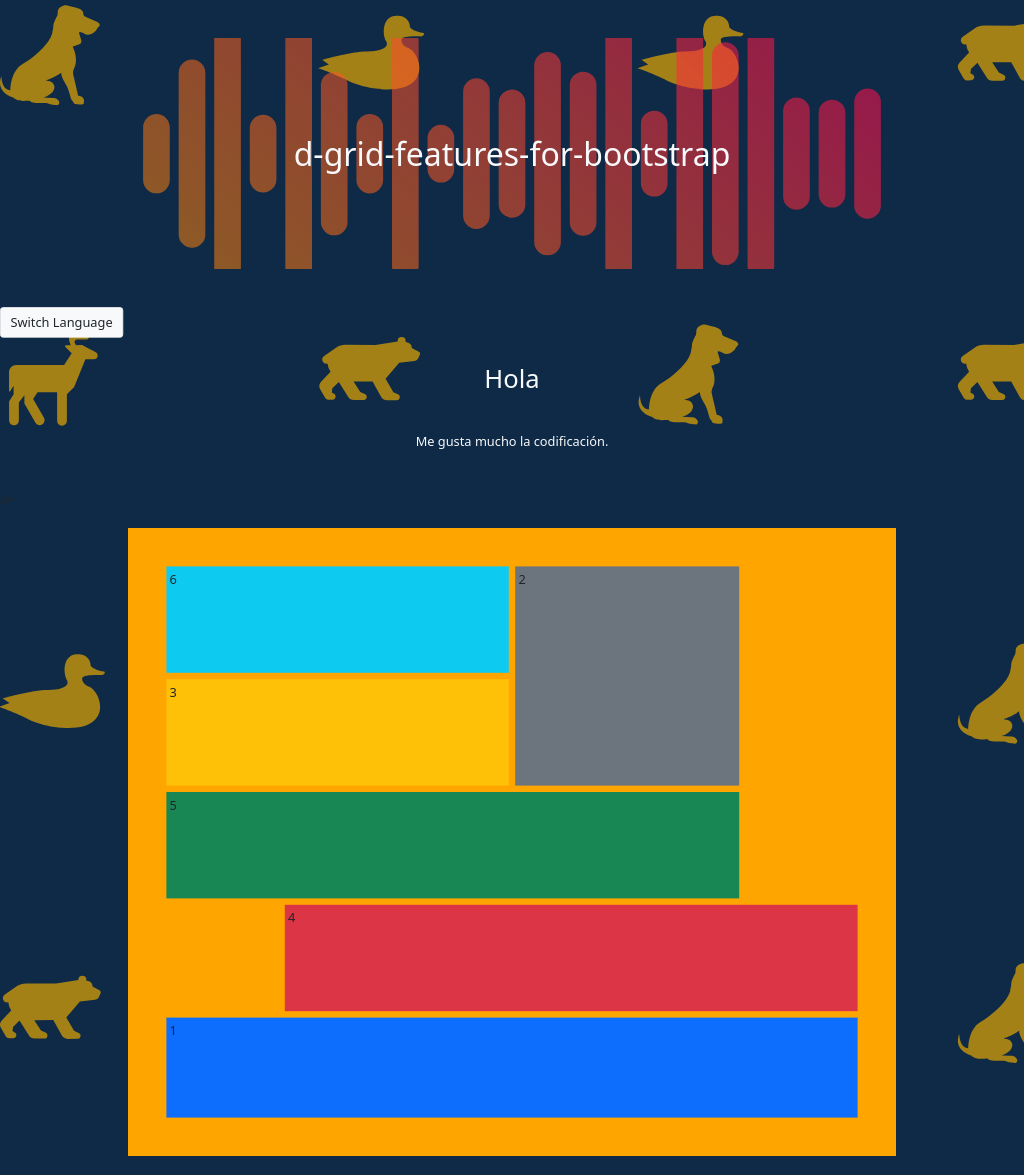
Repository: LynxPardelle/d-grid-features-for-bootstrap
Page: index.html
The author's editor kept a copy of each file at every save. The page is drawn from the files as they stood at one save, then again after a run of saves.
The browser window is 1280 px wide. The pictures show the whole page, at 80% of full size.

Above is the page before, as saved 2021-10-20 23:40:45.

### index.html
<!DOCTYPE html>
<html lang="es">
  <head>
    <meta charset="UTF-8" />
    <meta http-equiv="X-UA-Compatible" content="IE=edge" />
    <meta name="viewport" content="width=device-width, initial-scale=1.0" />
    <meta name="author" content="Lynx Pardelle" />
    <title>d-grid-features-for-bootstrap</title>
    <link
      href="https://cdn.jsdelivr.net/npm/bootstrap@5.1.3/dist/css/bootstrap.min.css"
      rel="stylesheet"
      integrity="sha384-1BmE4kWBq78iYhFldvKuhfTAU6auU8tT94WrHftjDbrCEXSU1oBoqyl2QvZ6jIW3"
      crossorigin="anonymous"
    />
    <style>
      body {
        background-image: url("data:[embedded picture, 9376 characters]");
        background-size: cover;
        background-repeat: repeat;
        background-position: left top;
      }

      h1 {
        background-image: url("data:[embedded picture, 2297 characters]");
        background-size: cover;
        background-repeat: no-repeat;
        background-position: center center;
        padding: 7.5rem;
      }
    </style>
  </head>
  <body>
    <h1 class="text-center text-light my-5">d-grid-features-for-bootstrap</h1>

    <button id="switch-lang" class="mx-auto btn btn-light text-dark">Switch Language</button>

    <h2 class="text-center text-light p-3 m-3"><span data-lang="en">Hello</span> <span data-lang="es">Hola</span></h2>

    <div class="text-center text-light p-3 m-3">
      <p data-lang="en">I really enjoy coding.</p>
      <p data-lang="es">Me gusta mucho la codificación.</p>
    </div>p>
    </div>

    <!-- <section class="d-grid bg-dark" data-gfbs data-gfbs-gtc="repeat(4, 1fr)" data-gfbs-gtr="repeat(2, 50px)" > -->
    <!-- <section class="d-grid bg-dark" data-gfbs data-gfbs-gta='"f f b c c a"" f f d e e a"'> -->
    <section
      class="d-grid w-75 mx-auto my-4"
      data-gfbs
      data-gfbs-custom="background-color: black; padding: 1rem;"
      data-gfbs-custom-sm="background-color: pink; padding: 2rem;"
      data-gfbs-custom-md="background-color: orange; padding: 3rem;"
      data-gfbs-gt='
      [row1-start] "a a b ." 12.5px [row1-end]
      [row2-start] "a a b ." 12.5px [row2-end]
      [row3-start] "c c b d" 12.5px [row3-end]
      [row4-start] "c c b d" 12.5px [row4-end]
      [row5-start] "e e e d" 12.5px [row5-end]
      [row6-start] "e e e d" 12.5px [row6-end]
      [row7-start] ". f f f" 12.5px [row7-end]
      [row8-start] ". f f f" 12.5px [row8-end]
      [row9-start] "g g g g" 25px [row9-end]
      / 2fr 1fr 1fr 3fr'
      data-gfbs-gt-sm='
      [row1-start] "a b b ." 25px [row1-end]
      [row2-start] "a b b ." 25px [row2-end]
      [row3-start] "c c c ." 25px [row3-end]
      [row4-start] "c c c ." 25px [row4-end]
      [row5-start] "e e d d" 25px [row5-end]
      [row6-start] "e e d d" 25px [row6-end]
      [row7-start] ". f f ." 25px [row7-end]
      [row8-start] ". f f ." 25px [row8-end]
      [row9-start] "g g g g" 50px [row9-end]
      / 1fr 2fr 2fr 1fr'
      data-gfbs-gt-md='
      [row1-start] "a a a b" 37.5px [row1-end]
      [row2-start] "a a a b" 37.5px [row2-end]
      [row3-start] "c c d d" 37.5px [row3-end]
      [row4-start] "c c d d" 37.5px [row4-end]
      [row5-start] "e e d d" 37.5px [row5-end]
      [row6-start] "e e d d" 37.5px [row6-end]
      [row7-start] "f f f f" 37.5px [row7-end]
      [row8-start] "g g g g" 37.5px [row8-end]
      [row9-start] "g g g g" 75px [row9-end]
      / 1fr 2fr 2fr 1fr'
      data-gfbs-gt-lg='
      [row1-start] "a a b ." 50px [row1-end]
      [row2-start] "a a b ." 50px [row2-end]
      [row3-start] "c c b d" 50px [row3-end]
      [row4-start] "c c b d" 50px [row4-end]
      [row5-start] "e e e d" 50px [row5-end]
      [row6-start] "e e e d" 50px [row6-end]
      [row7-start] ". f f f" 50px [row7-end]
      [row8-start] ". f f f" 50px [row8-end]
      [row9-start] "g g g g" 100px [row9-end]
      / 1fr 2fr 2fr 1fr'
      data-gfbs-gt-xl='
      [row1-start] "a a b ." 62.5px [row1-end]
      [row2-start] "a a b ." 62.5px [row2-end]
      [row3-start] "c c b d" 62.5px [row3-end]
      [row4-start] "c c b d" 62.5px [row4-end]
      [row5-start] "e e e d" 62.5px [row5-end]
      [row6-start] "e e e d" 62.5px [row6-end]
      [row7-start] ". f f f" 62.5px [row7-end]
      [row8-start] ". f f f" 62.5px [row8-end]
      [row9-start] "g g g g" 125px [row9-end]
      / 1fr 2fr 2fr 1fr'
      data-gfbs-gt-xxl='
      [row1-start] "a a b ." 87.5px [row1-end]
      [row2-start] "a a b ." 87.5px [row2-end]
      [row3-start] "c c b d" 87.5px [row3-end]
      [row4-start] "c c b d" 87.5px [row4-end]
      [row5-start] "e e e d" 87.5px [row5-end]
      [row6-start] "e e e d" 87.5px [row6-end]
      [row7-start] ". f f f" 87.5px [row7-end]
      [row8-start] ". f f f" 87.5px [row8-end]
      [row9-start] "g g g g" 150px [row9-end]
      / 1fr 2fr 2fr 1fr'
      data-gfbs-gap="0.5rem"
    >
      <!-- data-gfbs-cg="1rem"
      data-gfbs-rg="1rem" -->
      <div
        data-gfbs
        data-gfbs-iga="a"
        data-gfbs-iga-sm="g"
        class="bg-primary p-1"
      >
        1
      </div>

      <div data-gfbs data-gfbs-iga="b" class="bg-secondary p-1">2</div>
      <div data-gfbs data-gfbs-iga="c" class="bg-warning p-1">3</div>
      <div
        data-gfbs
        data-gfbs-iga="d"
        data-gfbs-iga-lg="f"
        class="bg-danger p-1"
      >
        4
      </div>
      <div data-gfbs data-gfbs-iga="e" class="bg-success p-1">5</div>
      <div data-gfbs data-gfbs-iga="f" data-gfbs-iga-md="a" class="bg-info p-1">
        6
      </div>
    </section>

    <script
      src="https://cdn.jsdelivr.net/npm/bootstrap@5.1.3/dist/js/bootstrap.bundle.min.js"
      integrity="sha384-ka7Sk0Gln4gmtz2MlQnikT1wXgYsOg+OMhuP+IlRH9sENBO0LRn5q+8nbTov4+1p"
      crossorigin="anonymous"
    ></script>
    <script src="./d-grid.js"></script>
    <script src="./langChanger.js"></script>
  </body>
</html>

### d-grid.js
"use strict";

function gridCreate(){
  let wWidth = window.innerWidth;
  let gridElements = document.querySelectorAll("[data-gfbs]");

  function checkIfHasBP(gridElement, atr) {
    let hasIt = false;
    for (let attribute of gridElement.attributes) {
      let at = attribute.localName;
      if (at.includes(atr)) {
        switch (true) {
          case at.includes("-sm") && wWidth >= 576 && wWidth < 768:
            hasIt = true;
            break;
          case at.includes("-md") && wWidth >= 768 && wWidth < 992:
            hasIt = true;
            break;
          case at.includes("-lg") && wWidth >= 992 && wWidth < 1200:
            hasIt = true;
            break;
          case at.includes("-xl") && wWidth >= 1200 && wWidth < 1400:
            hasIt = true;
            break;
          case at.includes("-xxl") && wWidth >= 1400:
            hasIt = true;
            break;
        }
      }
    }

    return hasIt;
  }

  for (let gridElement of gridElements) {
    for (let attribute of gridElement.attributes) {
      let at = attribute.localName;
      let attValue = attribute.value;

      if (
        at.includes("gfbs-") &&
        ((!at.includes("-sm") &&
          !at.includes("-md") &&
          !at.includes("-lg") &&
          !at.includes("-xl") &&
          !at.includes("-xxl") &&
          !checkIfHasBP(gridElement, at)) ||
          (at.includes("-sm") &&
            wWidth >= 576 &&
            (!at.includes("-md") || (at.includes("-md") && wWidth < 768)) &&
            (!at.includes("-lg") || (at.includes("-lg") && wWidth < 992)) &&
            (!at.includes("-xl") || (at.includes("-xl") && wWidth < 1200)) &&
            (!at.includes("-xll") || (at.includes("-xxl") && wWidth < 1400))) ||
          (at.includes("-md") &&
            wWidth >= 768 &&
            (!at.includes("-lg") || (at.includes("-lg") && wWidth < 992)) &&
            (!at.includes("-xl") || (at.includes("-xl") && wWidth < 1200)) &&
            (!at.includes("-xll") || (at.includes("-xxl") && wWidth < 1400))) ||
          (at.includes("-lg") &&
            wWidth >= 992 &&
            (!at.includes("-xl") || (at.includes("-xl") && wWidth < 1200)) &&
            (!at.includes("-xll") || (at.includes("-xxl") && wWidth < 1400))) ||
          (at.includes("-xl") &&
            wWidth >= 1200 &&
            (!at.includes("-xll") || (at.includes("-xxl") && wWidth < 1400))) ||
          (at.includes("-xxl") && wWidth >= 1400))
      ) {
        switch (true) {
          /* Container */
          case at.includes("custom"):
            gridElement.style.cssText += attValue;
            break;
          case at.includes("gtc"):
            gridElement.style.gridTemplateColumns = attValue;
            break;
          case at.includes("gtr"):
            gridElement.style.gridTemplateRows = attValue;
            break;
          case at.includes("gta"):
            gridElement.style.gridTemplateAreas = attValue;
            break;
          case at.includes("gt"):
            gridElement.style.gridTemplate = attValue;
            break;
          case at.includes("cg"):
            gridElement.style.columnGap = attValue;
            break;
          case at.includes("rg"):
            gridElement.style.rowGap = attValue;
            break;
          case at.includes("gap"):
            gridElement.style.gap = attValue;
            break;
          case at.includes("ji"):
            gridElement.style.justifyItems = attValue;
            break;
          case at.includes("ai"):
            gridElement.style.alignItems = attValue;
            break;
          case at.includes("pi"):
            gridElement.style.placeItems = attValue;
            break;
          case at.includes("jc"):
            gridElement.style.justifyContent = attValue;
            break;
          case at.includes("ac"):
            gridElement.style.alignContent = attValue;
            break;
          case at.includes("pc"):
            gridElement.style.placeContent = attValue;
            break;
          case at.includes("gac"):
            gridElement.style.gridAutoColumns = attValue;
            break;
          case at.includes("gar"):
            gridElement.style.gridAutoRows = attValue;
            break;
          case at.includes("gaf"):
            gridElement.style.gridAutoFlow = attValue;
            break;
          case at.includes("grid"):
            gridElement.style.grid = attValue;
            break;

          /* Item */
          case at.includes("gcs"):
            gridElement.style.gridColumnStart = attValue;
            break;
          case at.includes("gce"):
            gridElement.style.gridColumnEnd = attValue;
            break;
          case at.includes("gc"):
            gridElement.style.gridColumn = attValue;
            break;
          case at.includes("grs"):
            gridElement.style.gridRowStart = attValue;
            break;
          case at.includes("gre"):
            gridElement.style.gridRowEnd = attValue;
            break;
          case at.includes("gr"):
            gridElement.style.gridRow = attValue;
            break;
          case at.includes("iga"):
            gridElement.style.gridArea = attValue;
            break;
          case at.includes("js"):
            gridElement.style.justifySelf = attValue;
            break;
          case at.includes("as"):
            gridElement.style.alignSelf = attValue;
            break;
          case at.includes("ps"):
            gridElement.style.placeSelf = attValue;
            break;
        }
      }
    }
  }
}

window.onload = gridCreate();
window.addEventListener("resize", gridCreate);

### langChanger.js
let langEs = false;
let langEn = true;

let elementsEs = document.querySelectorAll('[data-lang="es"]');
let elementsEn = document.querySelectorAll('[data-lang="en"]');
for(let element of elementsEn){
  console.log(element);
  element.className += "d-none";
}

document.getElementById('switch-lang').addEventListener("click", SwitchLang());
function SwitchLang() {
  langEs = !langEs;
  langEn = !langEn;

  console.log(langEs);
  console.log(langEn);
  switch(true){
    case langEs === true :
    for(let element of elementsEn){
      if(!hasClass(element, 'd-none')){
        element.className += "d-none";
      }
    }
    for(let element of elementsEs){
      if(hasClass(element, 'd-none')){
        element.classList.remove("d-none");
      }
    }
    break;
    case langEn === true :
    for(let element of elementsEn){
      if(hasClass(element, 'd-none')){
        element.className += "d-none";
      }
    }
    break;
  }
};

function hasClass(element, className) {
  return (' ' + element.className + ' ').indexOf(' ' + className+ ' ') > -1;
}

After the next 2 saves:
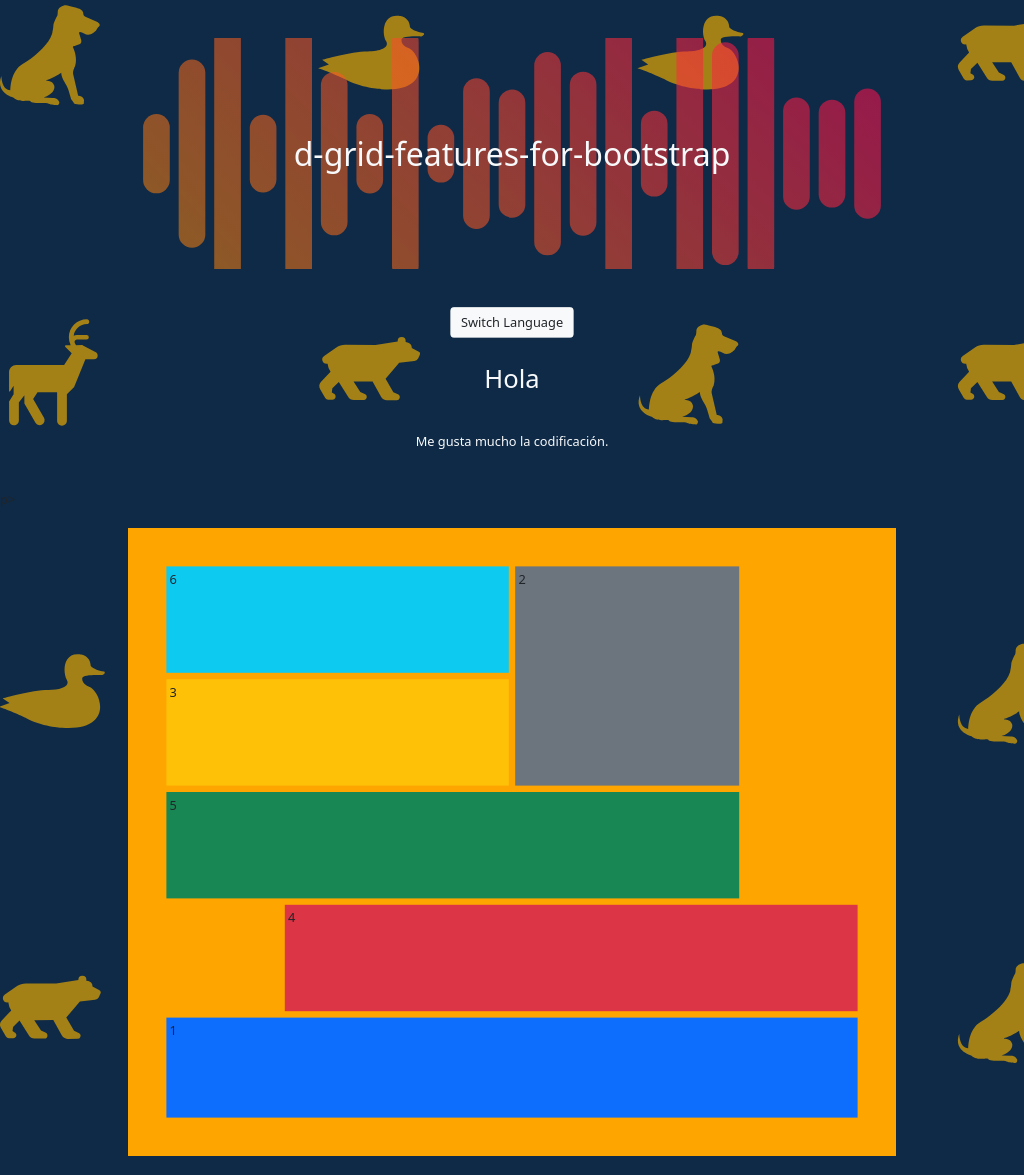
The 2 saves are shown as one change because they came seconds apart.
The last was saved 11 s later.
--- a/index.html
+++ b/index.html
@@ -32,7 +32,7 @@
   <body>
     <h1 class="text-center text-light my-5">d-grid-features-for-bootstrap</h1>
 
-    <button id="switch-lang" class="mx-auto btn btn-light text-dark">Switch Language</button>
+    <button id="switch-lang" class=" d-block mx-auto btn btn-light text-dark ">Switch Language</button>
 
     <h2 class="text-center text-light p-3 m-3"><span data-lang="en">Hello</span> <span data-lang="es">Hola</span></h2>
 
